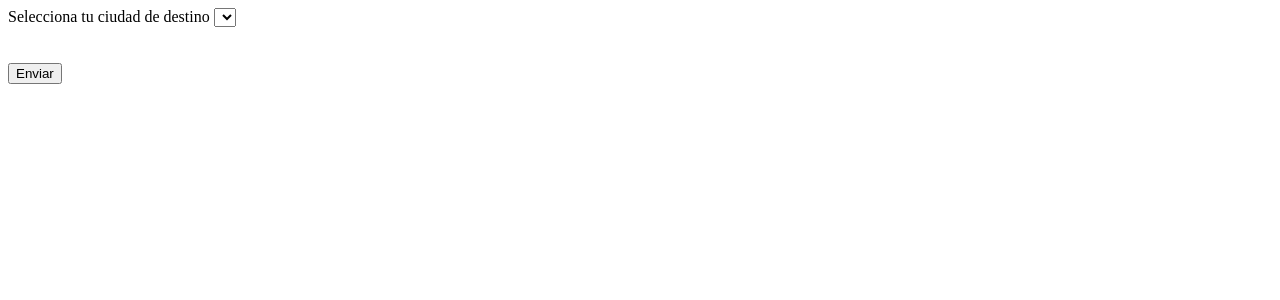
Repository: jchemile/varios
Page: pildoras_informaticas/javaee/Primeros_pasos_JSP/WebContent/Formulario_envio_preferencias.html
These files come from the project's save history. The page is drawn as it stood at one moment and after the next save; the edit follows.
The browser window is 1280 px wide. The pictures show the whole page.

Above is the page before, as saved 2020-04-22 04:26:58.

After the next save:
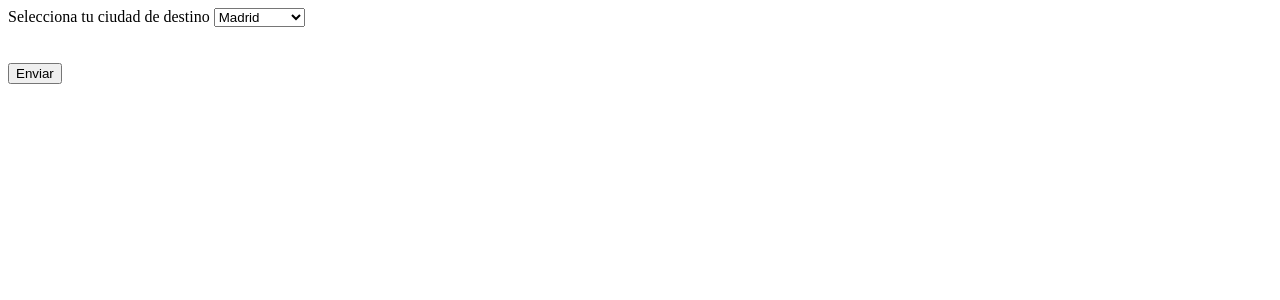
Saved 41 s later.
--- a/pildoras_informaticas/javaee/Primeros_pasos_JSP/WebContent/Formulario_envio_preferencias.html
+++ b/pildoras_informaticas/javaee/Primeros_pasos_JSP/WebContent/Formulario_envio_preferencias.html
@@ -11,7 +11,10 @@ Selecciona tu ciudad de destino
 
 <select name="ciudad_favorita">
 
-
+	<option>Madrid</option>
+	<option>Paris</option>
+	<option>Nueva York</option>
+	<option>Sidney</option>
 
 </select>
 <br><br><br>
